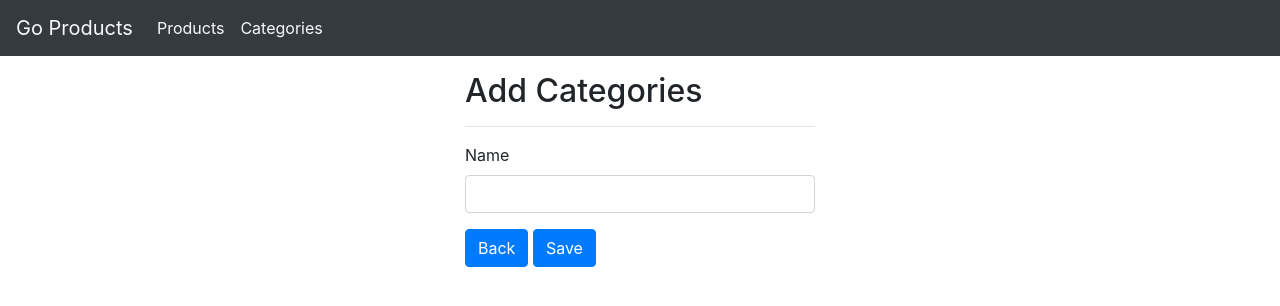
Repository: Nouthemoran/go-web-native-crud
Page: views/category/create.html
The author's editor kept a copy of each file at every save. The page is drawn from the files as they stood at one save, then again after the next save.
The browser window is 1280 px wide. The pictures show the whole page.

Above is the page before, as saved 2023-10-06 10:25:14.

### views/category/create.html
<!doctype html>
<html lang="en">
  <head>
    <!-- Required meta tags -->
    <meta charset="utf-8">
    <meta name="viewport" content="width=device-width, initial-scale=1, shrink-to-fit=no">

    <!-- Bootstrap CSS -->
    <link rel="stylesheet" href="https://cdn.jsdelivr.net/npm/bootstrap@4.3.1/dist/css/bootstrap.min.css" integrity="sha384-ggOyR0iXCbMQv3Xipma34MD+dH/1fQ784/j6cY/iJTQUOhcWr7x9JvoRxT2MZw1T" crossorigin="anonymous">

    <title>golang project</title>
  </head>
  <body>
    <!-- Navbar -->
    <nav class="navbar navbar-expand-lg bg-dark">
        <a class="navbar-brand text-light" href="#">Go Products</a>
        <button class="navbar-toggler" type="button" data-toggle="collapse" data-target="#navbarNav" aria-controls="navbarNav" aria-expanded="false" aria-label="Toggle navigation">
          <span class="navbar-toggler-icon"></span>
        </button>
        <div class="collapse navbar-collapse" id="navbarNav">
          <ul class="navbar-nav ms-auto">
            <li class="nav-item active">
              <a class="nav-link text-light" href="/products">Products<span class="sr-only">(current)</span></a>
            </li>
            <li class="nav-item">
              <a class="nav-link text-light" href="/categories">Categories</a>
            </li>
          </ul>
        </div>
      </nav>
    <!-- End of Navbar -->

    <div class="container mt-3">
        <div class="row d-flex justify-content-center ">
            <div class="col-4">
                <h2>Add Categories</h2>
                <hr>
                <form action="/categories/create" method="POST">
                    <div class="form-group">
                        <label>Name</label>
                        <input type="text" class="form-control" name="name" autocomplete="off">

                      </div>
                      <div class="float-end">
                        <a href="/categories" class="btn btn-primary">Back</a>
                        <button class="btn btn-primary">Save</button>
                      </div>
                </form>
            </div>
        </div>

    </div>

    <!-- Optional JavaScript -->
    <!-- jQuery first, then Popper.js, then Bootstrap JS -->
    <script src="https://code.jquery.com/jquery-3.3.1.slim.min.js" integrity="sha384-q8i/X+965DzO0rT7abK41JStQIAqVgRVzpbzo5smXKp4YfRvH+8abtTE1Pi6jizo" crossorigin="anonymous"></script>
    <script src="https://cdn.jsdelivr.net/npm/popper.js@1.14.7/dist/umd/popper.min.js" integrity="sha384-UO2eT0CpHqdSJQ6hJty5KVphtPhzWj9WO1clHTMGa3JDZwrnQq4sF86dIHNDz0W1" crossorigin="anonymous"></script>
    <script src="https://cdn.jsdelivr.net/npm/bootstrap@4.3.1/dist/js/bootstrap.min.js" integrity="sha384-JjSmVgyd0p3pXB1rRibZUAYoIIy6OrQ6VrjIEaFf/nJGzIxFDsf4x0xIM+B07jRM" crossorigin="anonymous"></script>
  </body>
</html>

After the next save:
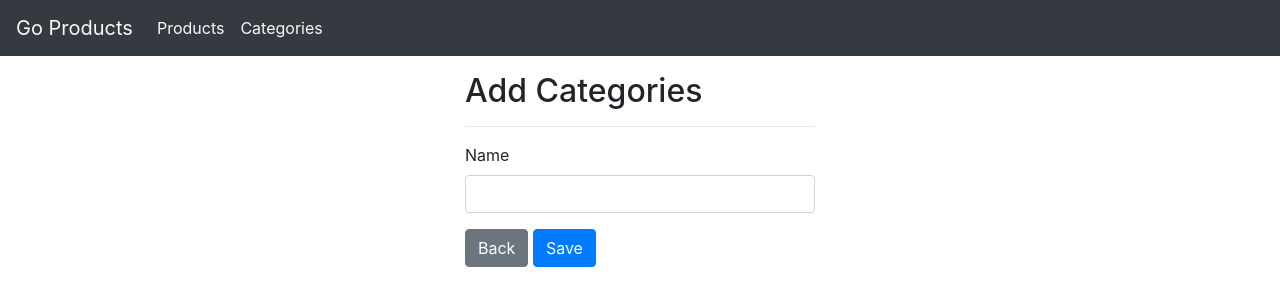
Saved 5 s later.
--- a/views/category/create.html
+++ b/views/category/create.html
@@ -42,7 +42,7 @@
 
                       </div>
                       <div class="float-end">
-                        <a href="/categories" class="btn btn-primary">Back</a>
+                        <a href="/categories" class="btn btn-secondary">Back</a>
                         <button class="btn btn-primary">Save</button>
                       </div>
                 </form>
